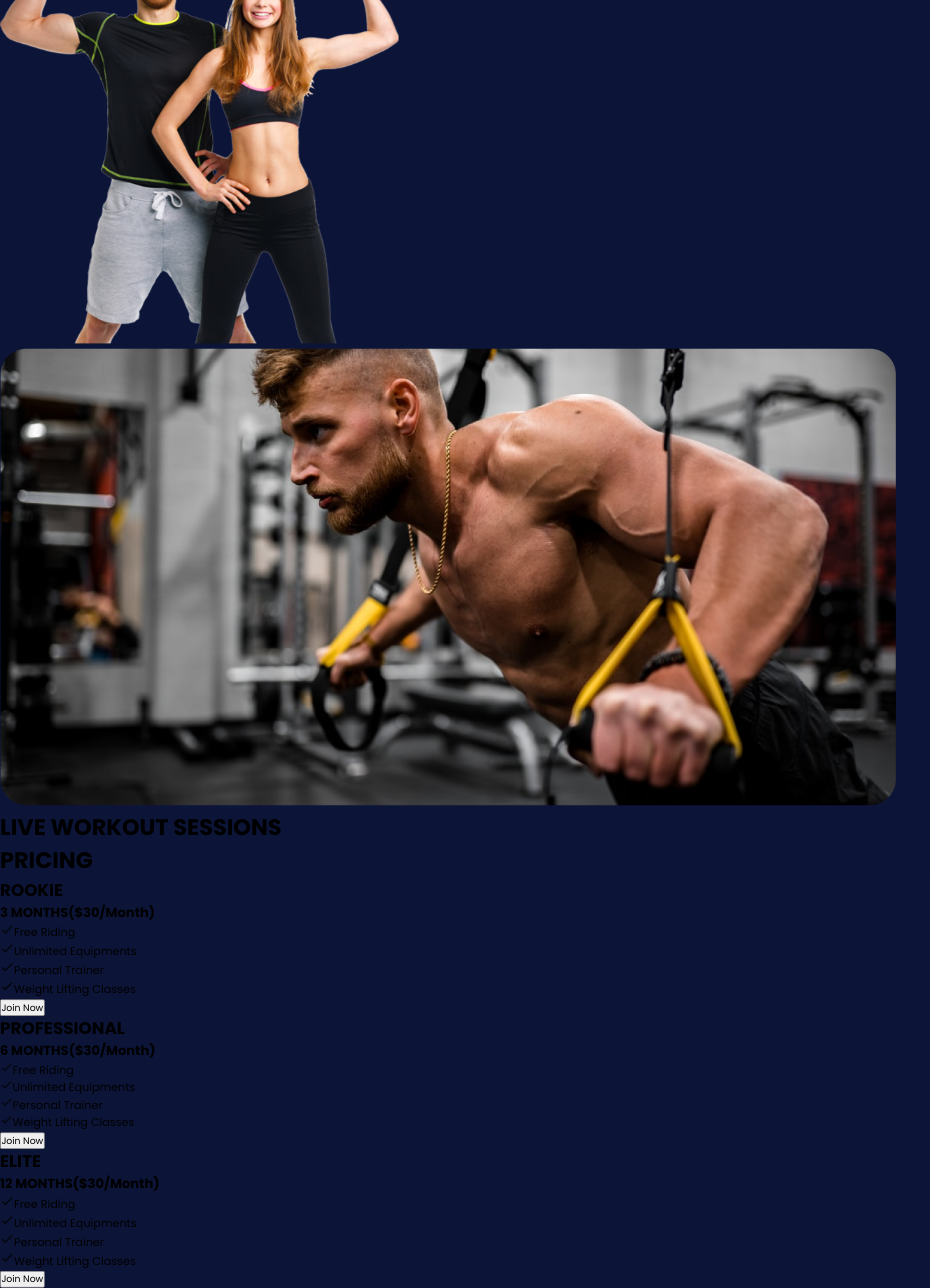
Repository: Rellzcodez/Group1-Team8
Page: index.html
An editor plug-in stored every save of this project. The page is shown before and after a run of saves, followed by the edit.
The browser window is 1280 px wide. The page is 1328 px wide, so the pictures cover 1328 px, including what lies to the right of the window. The pictures show the part of the page from y = 2011 to 3851 px (the page is 3851 px tall before and 3298 px after), at 70% of full size.

Above is the page before, as saved 2022-09-02 10:25:51.

### index.html
<!DOCTYPE html>
<html lang="en">
    <head>
        <meta charset="UTF-8" />
        <meta name="viewport" content="width=device-width, initial-scale=1.0" />
        <meta
            name="description"
            content="A description of the page and its contents"
        />
        <title>Fit-A-Goal | Landing Page</title>
        <link rel="icon" type="image/png" sizes="32x32" href="images/favicon-32x32.png">
        <link rel="stylesheet" href="css/style.css" />
    </head>

    <body>
        <header class="primary-header">
            <nav class="navbar">
                <img src="images/fit-a-goal-logo.svg" alt="Fit-A-Goal" id="logo">
                <div class="navigation">
                    <div class="primary-nav">
                        <ul class="nav-links">
                            <li class="home-nav-link"><a href="#">HOME</a></li>
                            <li class="other-nav-link"><a href="#">CHOOSE US</a></li>
                            <li class="other-nav-link"><a href="#">PROGRAM</a></li>
                            <li class="other-nav-link"><a href="#">PRICING</a></li>
                            <li class="other-nav-link"><a href="#">SUPPORT</a></li>
                        </ul>
                    </div>
                    <div class="register-login">
                        <ul class="nav-secondary-links">
                            <li><a href="pages/signup.html">SIGN UP</a></li>
                            <li><a href="pages/signin.html">SIGN IN</a></li>
                        </ul>
                    </div>
                </div>
            </nav>
        </header>
        <main class="landing-page-body">

        <!-- THE ILLUSTRATION SEGMENT -->
            <div class="container-illustration">
                <div class="heading-btn">
                    <div>
                    <h1 class="primary-heading">Once you learn to <span>quit</span>,
                    it becomes an <span>habit</span></h1>
                    <a href="#"><button class="get-started">GET STARTED</button></a>
                    </div>
                </div>
            </div>
            <div class="carousel-circle">
                <a href="#">
                    <div class="tracker active-track"></div></a>
                <a href="#">
                    <div class="tracker"></div>
                </a><a href="#">
                    <div class="tracker"></div>
                </a><a href="#">
                    <div class="tracker"></div>
                </a><a href="#">
                    <div class="tracker"></div>
                </a><a href="#">
                    <div class="tracker"></div>
                </a><a href="#">
                    <div class="tracker"></div>
                </a><a href="#">
                    <div class="tracker"></div>
                </a>
            </div>

        <!-- THE SESSION SEGMENT -->
        <div>
            <section class="session-container">
                <label class="session-lable" for="section"><h3>OUR SESSIONS</h3></label>
                <div class="session-wrapper">
                    <div class="body-building-wrapper">
                    <div class="body-building session-item" >
                        <img src="images/body-building-sess.png" alt="body building">
                    </div>
                    <label class="body-building-lable" for="body building"><h3>BODY BUILDING</h3></label>

                    </div>

                    <div class="muscle-gain-wrapper">
                    <div class="muscle-gain session-item">
                        <img src="images/muscle-gain-sess.png" alt="muscle-gain">
                    </div>
                    <label class="muscle-gain-label" for="muscle gain"><h3>MUSCLE GAIN</h3></label>
                    </div>

                    <div class="weight-loss-wrapper">
                    <div class="weight-loss session-item">
                        <img src="images/weight-loss-sess.png" alt="weight loss">
                    </div>
                    <label class="weight-loss-label" for="weight loss"><h3>MUSCLE GAIN</h3></label>
                    </div>

                </div>
             <label class="see-all-session-lable" for="section"><a href="#"><u>see all sessions <span class="arrow-vector"><img src="images/arrow-vector.png" alt="arrow" width="20px"></span></u></a></label>


            </section>
        </div>

        </main>

        <!-- THE STAY FIT SESSION STARTS HERE -->
<section class="stay-fit-container">
    <h3 class="stay-fit">STAY FIT</h3>
    <div class="stay-fit-wrapper">
        <div class="BMI">
            <h2 class="know-your-bmi">KNOW YOUR B.M.I.</h2>
        </div>
        <div class="stay-fit-illustrator"><img src="images/Stay-fit.png" alt=""></div>
    </div>
</section>
        <!-- THE STAY FIT SESSION ENDS HERE -->


        <!-- THE LIVE WORKOUT SESSION STARTS HERE -->
<div class="live-workout">
    <img src="images/live-session-workout.png" alt="live workout" height="px" width="100%">
    <h1 class="live">LIVE WORKOUT SESSIONS</h1>


</div>
        <!-- THE LIVE WORKOUT SESSION ENDS HERE -->


        <!-- THE PRICING SECTION STARTS HERE -->

        <div class="pricing">
            <div class="pricing-heading"><h1>PRICING</h1></div>
            <div class="pricing-cards">
                <div class="cards">
                    <h2 class="plan-name">ROOKIE</h2>
                    <h3 class="plan-duration">3 MONTHS<span>($30/Month)</span></h3>
                    <ul class="plan-benefits">
                        <li class="li-benefits"><img src="images/checked.svg" alt="" height="20px">Free Riding</li>
                        <li class="li-benefits"><img src="images/checked.svg" alt="" height="20px">Unlimited Equipments</li>
                        <li class="li-benefits"><img src="images/checked.svg" alt="" height="20px">Personal Trainer</li>
                        <li class="li-benefits"><img src="images/checked.svg" alt="" height="20px">Weight Lifting Classes</li>
                    </ul>
                    <a href="#"><button class="pricing-btn">Join Now</button></a>
                </div>
                <div class="cards professionals">
                    <h2 class="plan-name">PROFESSIONAL</h2>
                    <h3 class="plan-duration">6 MONTHS<span>($30/Month)</span></h3>
                    <ul class="plan-benefits">
                        <li class="li-benefits"><img src="images/checked.svg" alt="" height="18px">Free Riding</li>
                        <li class="li-benefits"><img src="images/checked.svg" alt="" height="18px">Unlimited Equipments</li>
                        <li class="li-benefits"><img src="images/checked.svg" alt="" height="18px">Personal Trainer</li>
                        <li class="li-benefits"><img src="images/checked.svg" alt="" height="18px">Weight Lifting Classes</li>
                    </ul>
                    <a href="#"><button class="pricing-btn">Join Now</button></a>
                </div>
                <div class="cards elite">
                    <h2 class="plan-name">ELITE</h2>
                    <h3 class="plan-duration">12 MONTHS<span>($30/Month)</span></h3>
                    <ul class="plan-benefits">
                        <li class="li-benefits"><img src="images/checked.svg" alt="" height="20px">Free Riding</li>
                        <li class="li-benefits"><img src="images/checked.svg" alt="" height="20px">Unlimited Equipments</li>
                        <li class="li-benefits"><img src="images/checked.svg" alt="" height="20px">Personal Trainer</li>
                        <li class="li-benefits"><img src="images/checked.svg" alt="" height="20px">Weight Lifting Classes</li>
                    </ul>
                    <a href="#"><button class="pricing-btn">Join Now</button></a>
                </div>
            </div>
        </div>

        <!-- THE PRICING SECTION ENDS HERE -->


        <footer class="footer">

        </footer>





        <script src="js/script.js"></script>
    </body>
</html>

### css/style.css
@import url("https://fonts.googleapis.com/css2?family=Poppins:wght@400;600;700;800&display=swap");

:root {
  --white: rgb(255 255 255);
  --denim-blue: rgb(12, 21, 56);
  --baby-blue: rgb(180, 239, 245);
  --black: rgb(0, 0, 0);
  --light-grey: rgb(206, 208, 215);
}

*,
::before,
::after {
  padding: o;
  margin: 0;
  box-sizing: border-box;
}

button {
  font-family: "Poppins", sans-serif;
}

html {
  font-family: "Poppins", sans-serif;
  background: var(--denim-blue);
}

.primary-header {
  padding: 0 32px 0 36px;
}
#logo {
  height: 159px;
}
.navbar {
  display: flex;
}
.navbar ul {
  list-style: none;
}
.navbar a {
  text-decoration: none;
  color: var(--black);
  font-weight: 700;
}
.navigation {
  display: flex;
  margin: 60px 0 40px 25px;
}
.primary-nav {
  width: 808px;
  height: 55px;
  background: var(--white);
  border-radius: 5px;
  margin-right: 45px;
}
.nav-links {
  display: flex;
  padding: 0;
}
.other-nav-link {
  margin: 15px 60px 10px 0;
}
.home-nav-link {
  background: var(--baby-blue);
  width: 130px;
  height: 45px;
  margin: 5px;
  margin-right: 24px;
  border-radius: 5px;
  border: 1px solid var(--light-grey);
  text-align: center;
  padding: 10px 0;
}
.register-login {
  width: 255px;
  height: 55px;
  background: var(--white);
  border-radius: 5px;
  padding: 0 31px;
}
.nav-secondary-links {
  padding: 15px 0;
  display: flex;
  justify-content: space-between;
}

/* Illustration Hero*/
.container-illustration {
  display: flex;
  background-image: linear-gradient(
    to right,
    rgb(180, 239, 245, 0.8),
    rgb(12, 21, 56)
  );
  height: 650px;
  border-radius: 40px;
  margin: 0 32px 25px;
}
.heading-btn {
  background: url(../images/illustration-hero.png) right bottom / 613px 613px
    no-repeat;
  width: 100%;
  padding-left: 140px;
}
.primary-heading {
  font-size: 75px;
  width: 48%;
  color: var(--white);
  line-height: 100px;
  margin: 96px 0 49px;
}
.primary-heading span {
  text-decoration: underline;
  color: var(--baby-blue);
}
.heading-btn a button {
  background: var(--baby-blue);
  border-radius: 10px;
  padding: 10px 132px;
  border: none;
  cursor: pointer;
}
.get-started {
  font-size: 16px;
  font-weight: 800;
}
.carousel-circle {
  display: flex;
  align-items: center;
  justify-content: center;
  margin-bottom: 30px;
}
.tracker {
  width: 10px;
  height: 10px;
  border-radius: 50%;
  background-color: var(--light-grey);
  cursor: pointer;
  margin: 0 5px;
}
.active-track {
  width: 20px;
  height: 20px;
  background: var(--baby-blue);
}
/* Resetting defaults margins and paddings to zero */
* {
  margin: 0;
  padding: 0;
  box-sizing: border-box;
}
/* Styling of Session Start Here */
/* setting default colors */

.session-container {
  display: flex;
  flex-direction: column;
  align-items: center;
  /* width: 100%; */
  height: 57em;
  background-color: var(--baby-blue);
  margin: 36px 32px;
  border-radius: 40px;
  font-family: Poppins;
}
/* 86em */
.session-lable {
  position: relative;
  padding-top: 50px;
  font-weight: 500px;
}
.session-wrapper {
  display: flex;
  margin: 49px 46px;
}
.session-item {
  width: 25em;
  height: 37.5em;
  background-color: var(--white);
  border-radius: 40px;
}
.muscle-gain,
.weight-loss {
  margin-left: 42px;
}

/* body-building */

/* muscle-gain */

/* weight-loss */

/* Styling of Session Ends Here */

Loaded but not shown: js/script.js (no stored copy; drawn as an empty file)

After the next 2 saves:
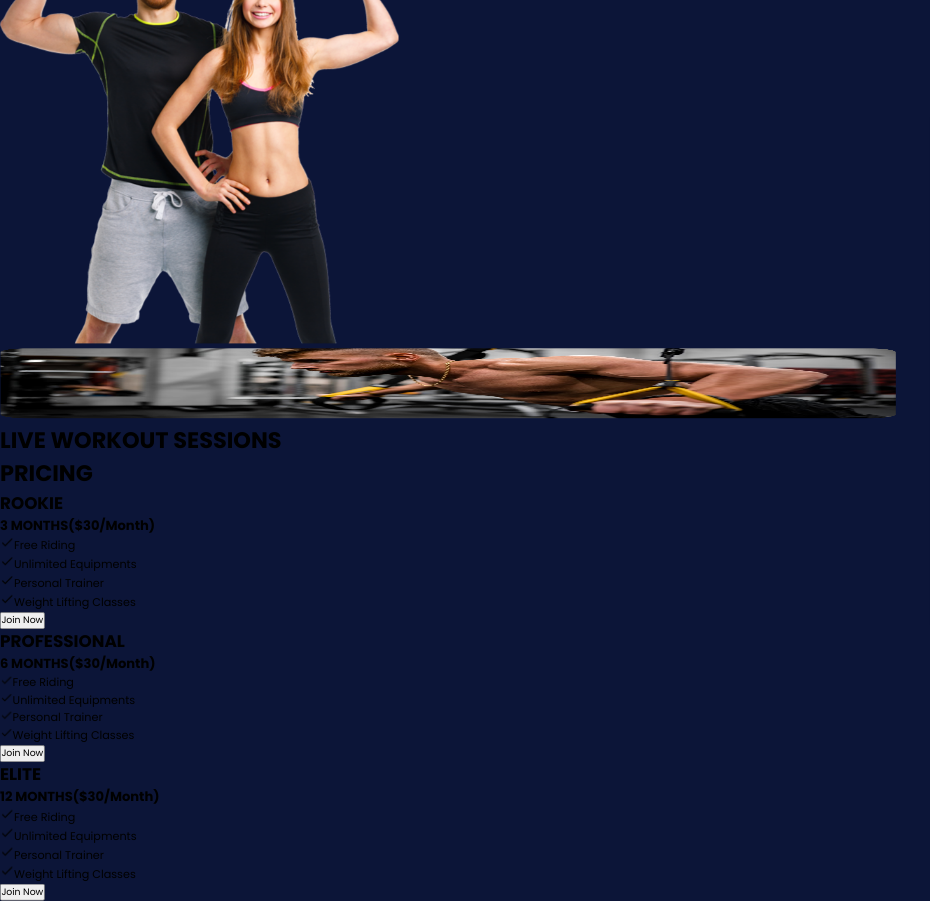
The 2 saves are shown as one change because they came seconds apart.
The last was saved 6 s later.
--- a/index.html
+++ b/index.html
@@ -118,7 +118,7 @@
 
         <!-- THE LIVE WORKOUT SESSION STARTS HERE -->
 <div class="live-workout">
-    <img src="images/live-session-workout.png" alt="live workout" height="px" width="100%">
+    <img src="images/live-session-workout.png" alt="live workout" height="100" width="100%">
     <h1 class="live">LIVE WORKOUT SESSIONS</h1>
 
 
